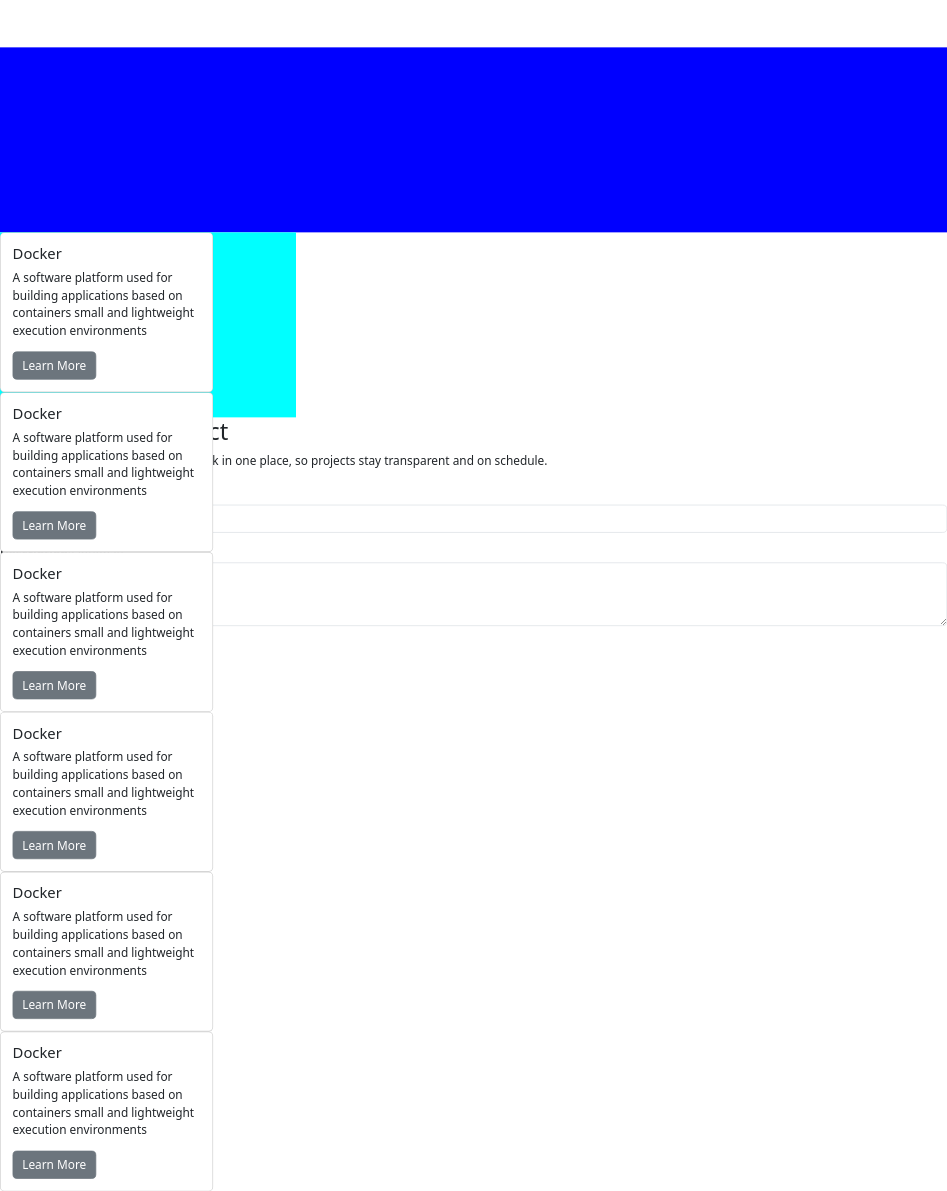
Repository: NSS-Evening-25-Cohort/e25-gitsub-control-alt-defeat
Page: index.html
The author's editor kept a copy of each file at every save. The page is drawn from the files as they stood at one save, then again after the next save.
The browser window is 1280 px wide. The pictures show the whole page, at 74% of full size.

Above is the page before, as saved 2023-11-07 19:11:20.

### index.html
<!DOCTYPE html>
<html lang="en">
  <head>
    <meta charset="UTF-8" />
    <meta name="viewport" content="width=device-width, initial-scale=1.0" />
    <link
      rel="stylesheet"
      href="https://cdn.jsdelivr.net/npm/bootstrap@5.3.2/dist/css/bootstrap.min.css"
    />
    <link rel="stylesheet" href="main.css" />
    <title>Document</title>
  </head>
  <body>
    <div id="app2"></div>
    <div id="app1"></div>
    <script src="	https://cdn.jsdelivr.net/npm/bootstrap@5.3.2/dist/js/bootstrap.bundle.min.js"></script>
    <div class="packageHeader"><h2>Create a new project</h2>
      <p>Coordinate,track,and update your work in one place, so projects stay transparent and on schedule.</p>
    </div>

    <form>
        <div class="mb-3">
        <label for="exampleInputEmail1" class="form-label" id="boardName">Project board name</label>
        <input type="text" class="form-control" class="packageForm" id="projectBoardName" aria-describedby="emailHelp">
      </div>
      <div class="form-group mb-3">
        <label for="exampleFormControlTextarea1" id="descriptionName" class="packageForm"><B>Description</B>(Optional)</label>
        <textarea class="form-control" id="projectDescription" rows="3"></textarea>
      </div>
      </div>
      <div class="mb-3 form-check">
        <button type="submit" class="btn btn-success">Success</button>
    </form>

    <script src="main.js"></script>

  </body>
</html>

### main.css
/* body {
  background-color: black;
  */
  /* display: flex;
  flex-direction: column; */
}

.headerPlacement {
  display: flex;
  justify-content: end;
}

header {
  margin: 3%;
  height: 3rem;
  width: 65%;
  justify-content: left;
  display: flex;
  gap: 5%;
  background-color: blue;
}

#sidebar {
  background-color: blueviolet;
  float: left;
  margin-right: 8%;
  width: 175px;
}

.appContainer {
  display: flex;
  justify-content: center;
  margin: 3%;
}

#app1 {
  background-color: aqua;
  height: 250px;
  width: 400px;
}

#app2 {
  margin-top: 5%;
  background-color: blue;
  height: 250px;
}

.footer {
  background-color: aquamarine;
  display: flex;
  justify-content: center;
  gap: 10%;
}

.footer img {
  width: 10px;
  height: 10px;
  border-radius: 10px;
  margin-right: 10px;
}

### main.js
const packageCards =[
  {
    id: 1,
    name: "Docker",
    info: "A software platform used for building applications based on containers small and lightweight execution environments",
  },
  {
    id: 2,
    name: "Docker",
    info: "A software platform used for building applications based on containers small and lightweight execution environments"
  },
  {
    id: 3,
    name: "Docker",
    info: "A software platform used for building applications based on containers small and lightweight execution environments"
  },
  {
    id: 4,
    img: "image",
    name: "Docker",
    info: "A software platform used for building applications based on containers small and lightweight execution environments"
  },
  {
    id: 5,
    imageURL: "https://www.google.com/url?sa=i&url=https%3A%2F%2Fwww.creativebloq.com%2Fnews%2Ftwitter-logo-history&psig=AOvVaw3y8LYKl_CxiwL2W_oTsGUa&ust=1699413723681000&source=images&cd=vfe&ved=0CBEQjRxqFwoTCKD7mcz3sIIDFQAAAAAdAAAAABAE",
    name: "Docker",
    info: "A software platform used for building applications based on containers small and lightweight execution environments"
  },
  {
    id: 6,
    name: "Docker",
    info: "A software platform used for building applications based on containers small and lightweight execution environments"
  },
];

const app1 = document.querySelector("#app1");
const app2 = document.querySelector("#app2");

const renderToDom = (packageCards) =>{

  let domString = "";

  for(let card of packageCards){
    domString += `<div class="card" style="width: 18rem;">
    <div class="card-body">
      <h5>${card.name}</h5>
      <p class="card-text">${card.info}</p>
      <button type="button" class="btn btn-secondary">Learn More</button>
    </div>
  </div>`
  }
  const app1 = document.querySelector("#app1")
  app1.innerHTML = domString
}
renderToDom(packageCards)


const form = document.querySelector("form");

const createPackage = (event) =>{
  event.preventDefault();

  const newPackage = {
    id: packageCards.length +1,
    name: document.querySelector("#projectBoardName").value,
    info: document.querySelector("#projectDescription").value,
  }
  packageCards.push(newPackage);
  renderToDom(packageCards);
  form.reset();
}
form.addEventListener("submit", createPackage)

After the next save:
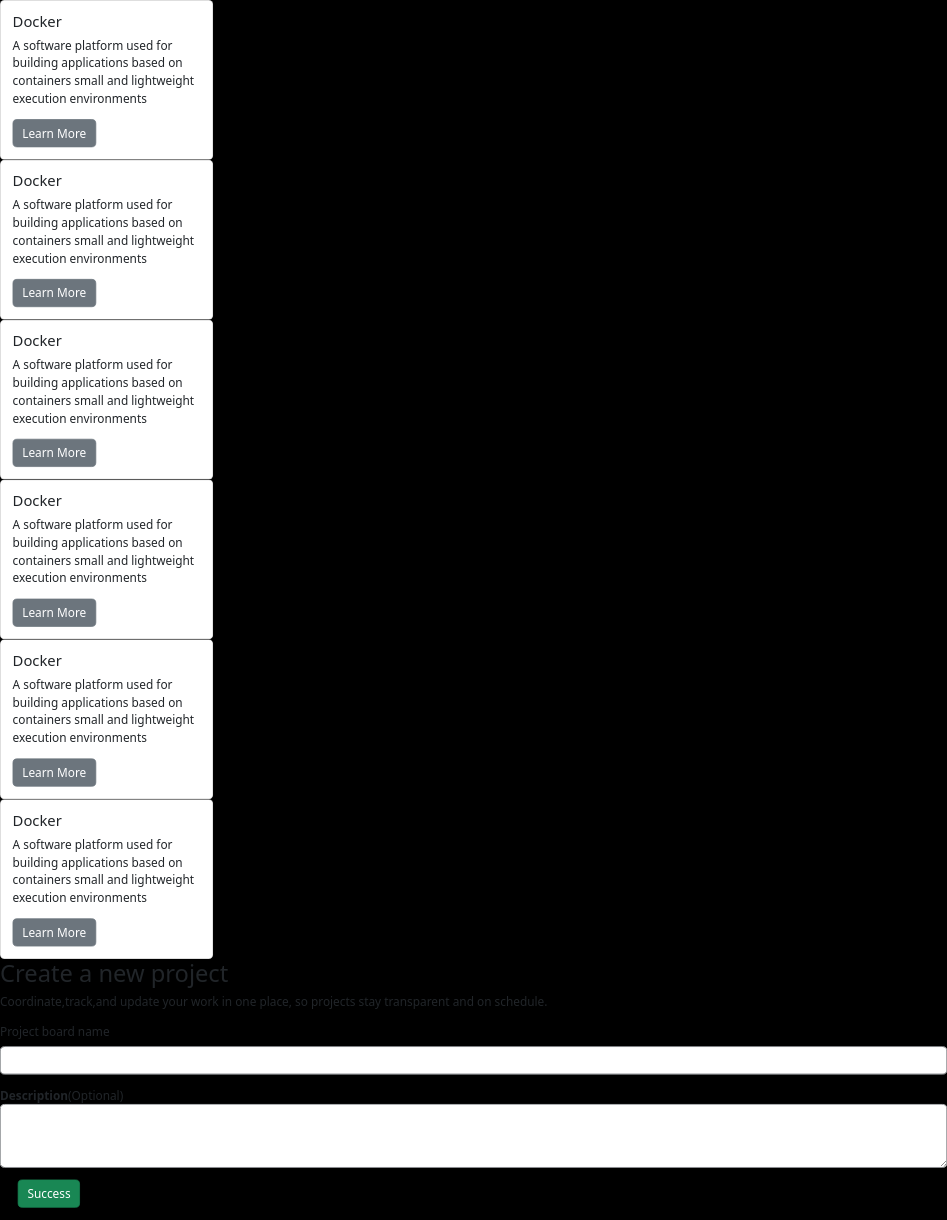
Saved 4 s later.
--- a/main.css
+++ b/main.css
@@ -1,8 +1,8 @@
-/* body {
+body {
   background-color: black;
   */
   /* display: flex;
-  flex-direction: column; */
+  flex-direction: column;
 }
 
 .headerPlacement {
